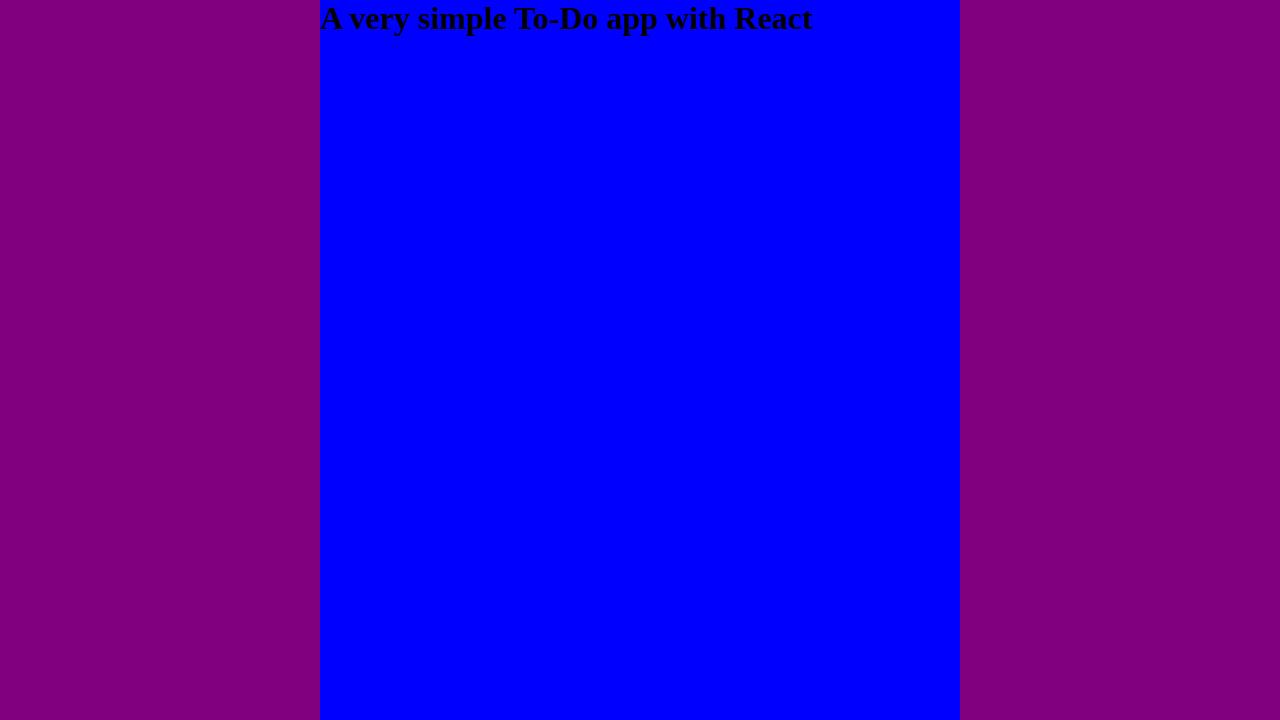
Repository: darioskpavoni/to-do-react
Page: /
These files come from the project's save history. The page is drawn as it stood at one moment and after the next save; the edit follows.
The browser window is 1280 px wide. The pictures show the whole page.
The project was rebuilt for these pictures with package versions that can differ from the ones it lists, and the page was loaded fresh each time. Also part of the build but not shown: vite.config.ts.

Above is the page before, as saved 2023-03-19 23:48:54.

### index.html
<!DOCTYPE html>
<html lang="en">
  <head>
    <meta charset="UTF-8" />
    <link rel="icon" type="image/svg+xml" href="/react.svg" />
    <meta name="viewport" content="width=device-width, initial-scale=1.0" />
    <title>To-Do App - React</title>
  </head>
  <body>
    <div id="root"></div>
    <script type="module" src="/src/main.tsx"></script>
  </body>
</html>

### src/App.tsx
import { useState } from "react";
import "./App.css";

function App() {
  return (
    <div className="App">
      <h1>A very simple To-Do app with React</h1>
    </div>
  );
}

export default App;

### src/index.css
* {
  margin: 0;
  padding: 0;
}

:root,
body,
body > #root {
  height: 100%;
  width: 100%;
}

#root {
  background-color: purple;
  display: flex;
  flex-direction: column;
  align-items: center;
}

### src/App.css
.App {
  height: 100%;
  width: 50%;
  background-color: blue;
}

Loaded but not shown: src/main.tsx (common file)

After the next save:
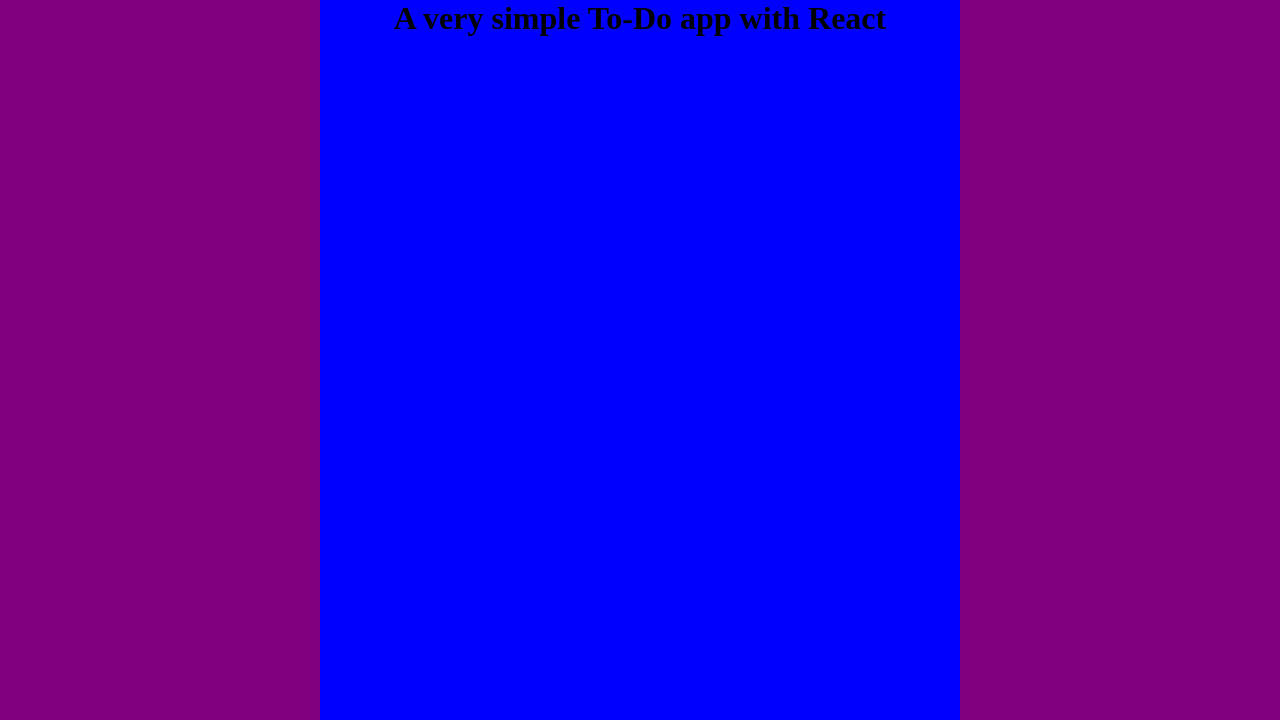
Saved 28 s later.
--- a/src/App.css
+++ b/src/App.css
@@ -2,4 +2,8 @@
   height: 100%;
   width: 50%;
   background-color: blue;
+  display: flex;
+  flex-direction: column;
+  justify-content: flex-start;
+  align-items: center;
 }
